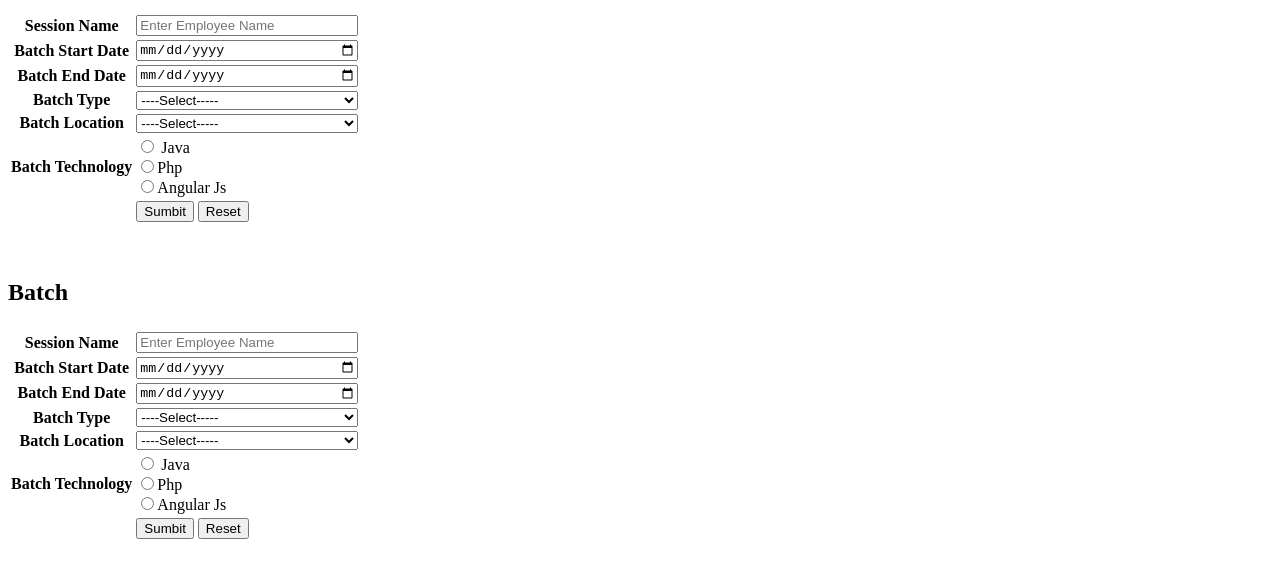
Repository: Dipak27/Dipak-s-front-end
Page: http://localhost/Traning_Management/sessioncreate.jsp
An editor plug-in stored every save of this project. The page is shown before and after the next save, followed by the edit.
The browser window is 1280 px wide. The pictures show the whole page.
The page is served by Tomcat 9.

Above is the page before, as saved 2016-11-10 03:36:39.
Console error: ReferenceError: mainApp is not defined

After the next save:
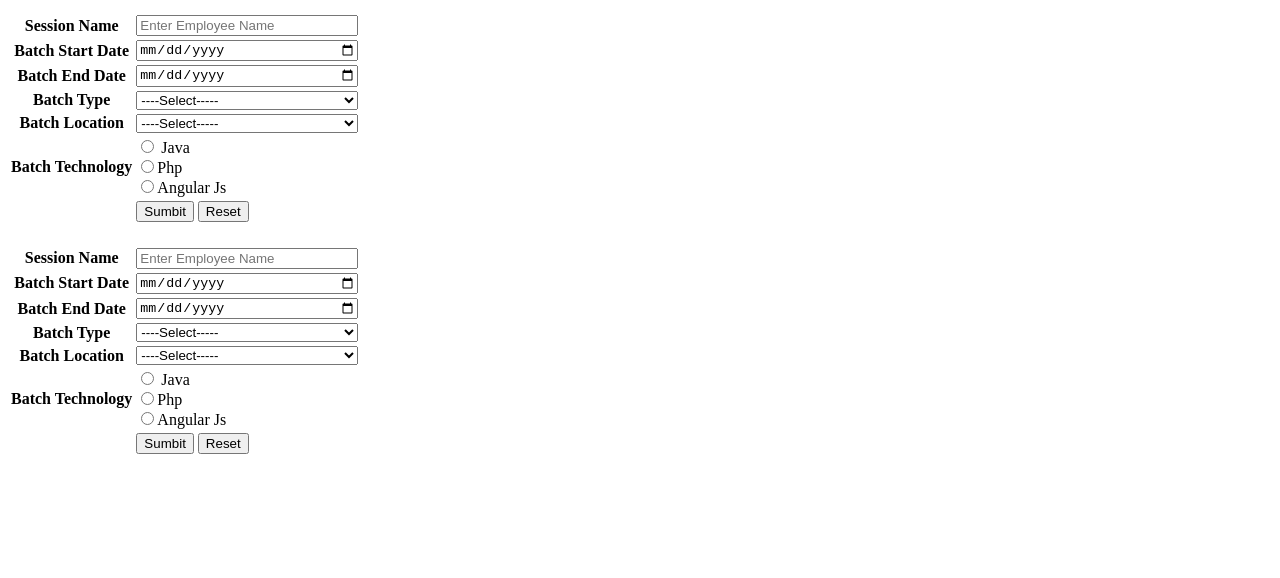
Saved 28 s later.
--- a/Training Management Project/Traning_Management/src/main/webapp/sessioncreate.jsp
+++ b/Training Management Project/Traning_Management/src/main/webapp/sessioncreate.jsp
@@ -126,7 +126,7 @@
 						</div>
 
 						<div class="grid_28 omega">
-						 &nbsp;&nbsp;<h2>Batch</h2>
+
 							<div class="padding_20 text-justify" ng-controller="">
 								<form ng-submit="myMethod()">
 									<table class="form-table" style="width:auto">
